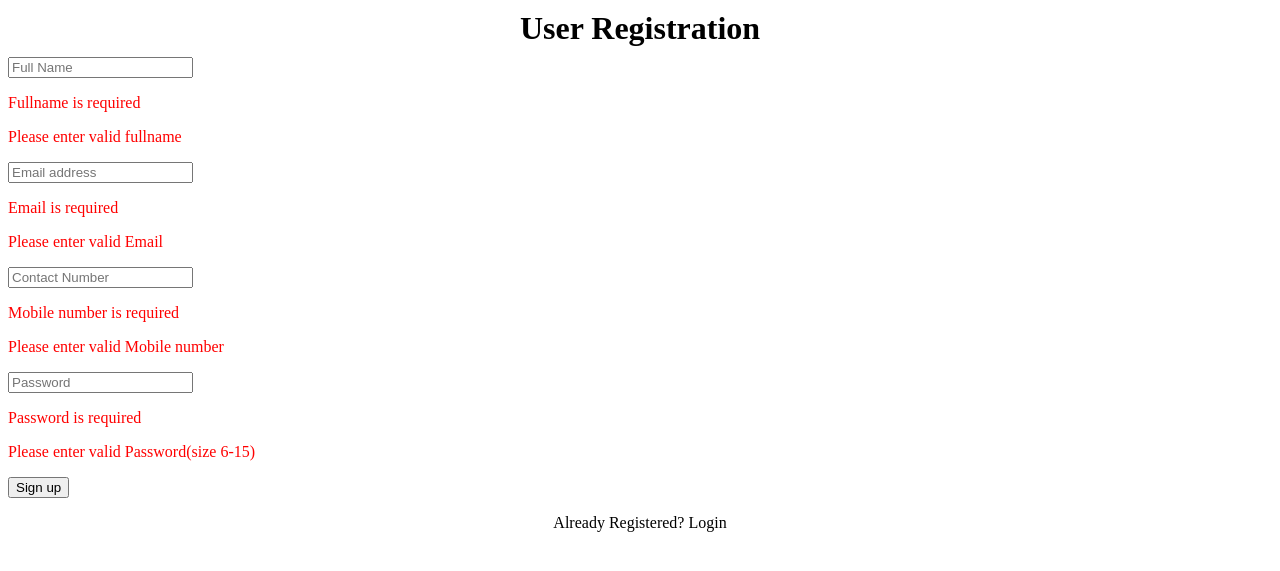
Repository: sagarpatil11/ToDo
Page: todo/src/main/webapp/templates/userregistration.html
The author's editor kept a copy of each file at every save. The page is drawn from the files as they stood at one save, then again after the next save.
The browser window is 1280 px wide. The pictures show the whole page.

Above is the page before, as saved 2017-07-21 12:40:54.

After the next save:
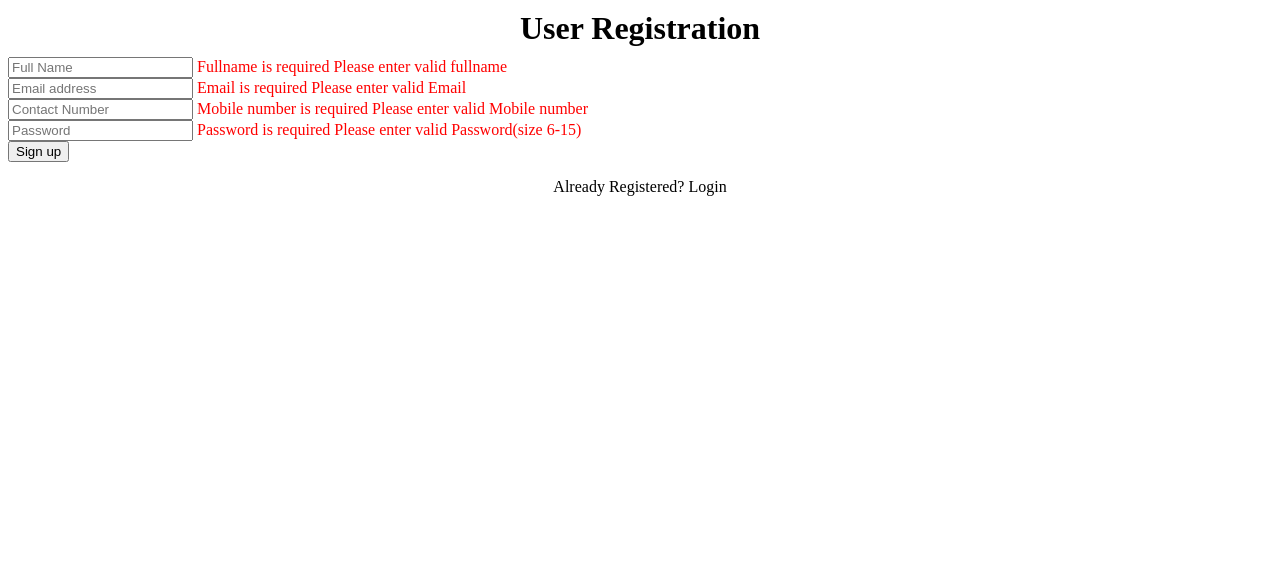
Saved 13 min 15 s later.
--- a/todo/src/main/webapp/templates/userregistration.html
+++ b/todo/src/main/webapp/templates/userregistration.html
@@ -7,26 +7,26 @@
 
             	<div class="form-group">
             		<input type="text" name="fullname" data-ng-model="fullname" data-ng-pattern="/^[a-zA-Z ]*$/" id="fullname" class="form-control" placeholder="Full Name" required>
-                	<p><span data-ng-show="regform.fullname.$error.required && regform.fullname.$touched" style="color: red">Fullname is required</span></p>
-               		 <p><span data-ng-show="regform.fullname.$error.pattern" style="color: red">Please enter valid fullname</span></p>
+                	<span data-ng-show="regform.fullname.$error.required && regform.fullname.$touched" style="color: red">Fullname is required</span>
+               		<span data-ng-show="regform.fullname.$error.pattern" style="color: red">Please enter valid fullname</span>
  				</div>
 
                	<div class="form-group">
                 	<input type="email" name="email" data-ng-model="email" data-ng-pattern="/^[a-z]+[a-z0-9._]+@[a-z]+\.[a-z.]{2,5}$/" id="inputEmail" class="form-control" placeholder="Email address" required >
-               		<p><span data-ng-show="regform.email.$error.required && regform.email.$touched" style="color: red">Email is required</span></p>
-               		<p><span data-ng-show="regform.email.$error.pattern" style="color: red">Please enter valid Email</span></p>
+               		<span data-ng-show="regform.email.$error.required && regform.email.$touched" style="color: red">Email is required</span>
+               		<span data-ng-show="regform.email.$error.pattern" style="color: red">Please enter valid Email</span>
                	</div>
 
                	<div class="form-group">
                 	<input type="text" name="mobile" data-ng-model="mobile" data-ng-pattern="/^[0-9]{10}$/" id="mobile" class="form-control" placeholder="Contact Number" required >
-               		<p><span data-ng-show="regform.mobile.$error.required && regform.mobile.$touched" style="color: red">Mobile number is required</span></p>
-               		<p><span data-ng-show="regform.mobile.$error.pattern" style="color: red">Please enter valid Mobile number</span></p>
+               		<span data-ng-show="regform.mobile.$error.required && regform.mobile.$touched" style="color: red">Mobile number is required</span>
+               		<span data-ng-show="regform.mobile.$error.pattern" style="color: red">Please enter valid Mobile number</span>
                	</div>
 
                	<div class="form-group">
                		<input type="password" name="password" data-ng-model="password" data-ng-minlength="6" data-ng-maxlength="15" id="inputPassword" class="form-control" placeholder="Password" required>
-                	<p><span data-ng-show="regform.password.$error.required && regform.password.$touched" style="color: red">Password is required</span></p>
-               		<p><span data-ng-show="regform.password.$error.minlength || regform.password.$error.maxlength" style="color: red">Please enter valid Password(size 6-15)</span></p>
+                	<span data-ng-show="regform.password.$error.required && regform.password.$touched" style="color: red">Password is required</span>
+               		<span data-ng-show="regform.password.$error.minlength || regform.password.$error.maxlength" style="color: red">Please enter valid Password(size 6-15)</span>
                	</div>
 
                 <button class="btn btn-primary btn-block btn-signup" type="submit" data-ng-disabled="regform.$invalid" data-ng-click="signUp()">Sign up</button>
